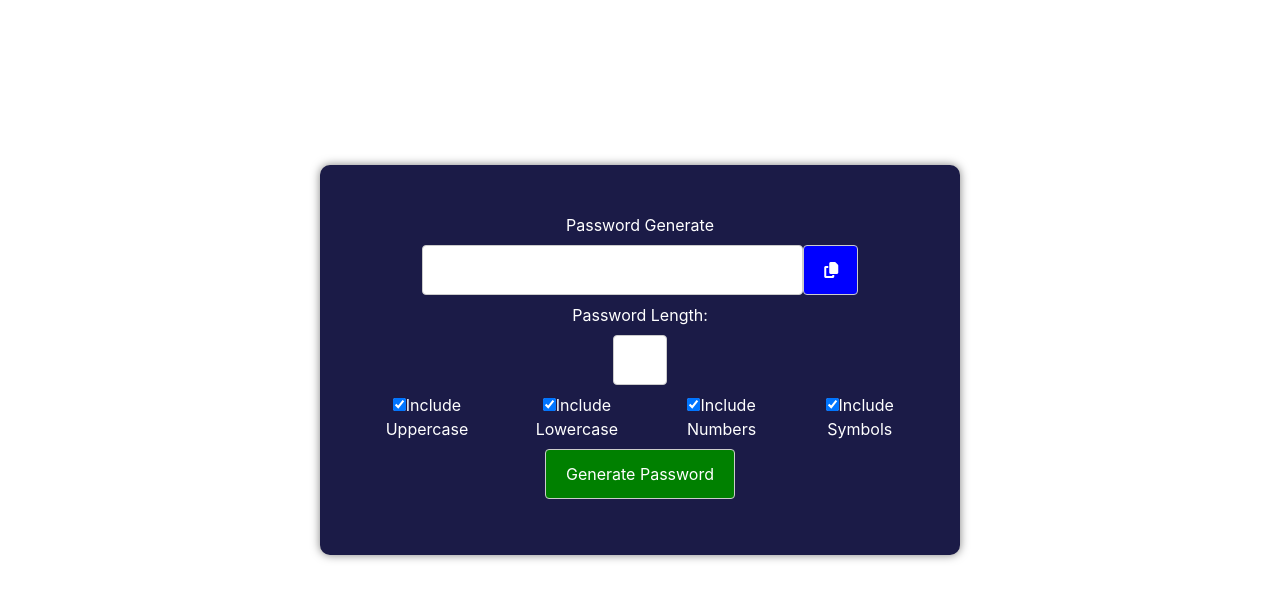
Repository: sriram1224/Password-generator
Page: / (app in password-generator/)
These files come from the project's save history. The page is drawn as it stood at one moment and after the next save; the edit follows.
The browser window is 1280 px wide. The pictures show the whole page.
Some web libraries are served in a nearby version. The project was rebuilt for these pictures with package versions that can differ from the ones it lists, and the page was loaded fresh each time.

Above is the page before, as saved 2024-03-10 21:56:47.

### password-generator/public/index.html
<!DOCTYPE html>
<html lang="en">

<head>
  <meta charset="utf-8" />
  <link rel="icon" href="%PUBLIC_URL%/favicon.ico" />
  <meta name="viewport" content="width=device-width, initial-scale=1" />
  <meta name="theme-color" content="#000000" />
  <meta name="description" content="Web site created using create-react-app" />

  <link rel="apple-touch-icon" href="%PUBLIC_URL%/logo192.png" />
  <link rel="stylesheet" href="https://cdnjs.cloudflare.com/ajax/libs/font-awesome/6.5.1/css/all.min.css"
    integrity="sha512-DTOQO9RWCH3ppGqcWaEA1BIZOC6xxalwEsw9c2QQeAIftl+Vegovlnee1c9QX4TctnWMn13TZye+giMm8e2LwA=="
    crossorigin="anonymous" referrerpolicy="no-referrer" />
  <link rel="manifest" href="%PUBLIC_URL%/manifest.json" />

  <title>React App</title>
</head>

<body>
  <noscript>You need to enable JavaScript to run this app.</noscript>
  <div id="root"></div>
  <script src="https://cdn.tailwindcss.com"></script>
</body>

</html>

### password-generator/src/App.js
import PasswordGenerator from './Components/content.js';
import './App.css';

function App() {
  return (
    <div className="App">
       <PasswordGenerator />

    </div>
  );
}

export default App;

### password-generator/src/Components/content.js
import React, { useState } from 'react';
import "./content.css"
const PasswordGenerator = () => {
  const [includeUppercase, setIncludeUppercase] = useState(true);

    const [includeLowercase, setIncludeLowercase] = useState(true);
  const [includeNumbers, setIncludeNumbers] = useState(true);

    const [includeSymbols, setIncludeSymbols] = useState(true);
  const [password, setPassword] = useState('');
  const [passwordLength, setPasswordLength] = useState(8);

  const generatePassword = () => {


      const uppercaseChars = 'ABCDEFGHIJKLMNOPQRSTUVWXYZ';
    const lowercaseChars = 'abcdefghijklmnopqrstuvwxyz';
    const numberChars = '0123456789';

      const symbolChars = '!@#$%^&*()_+-=[]{}|;:,.<>?';

    let chars = '';
    if (includeUppercase) chars += uppercaseChars;

      if (includeLowercase) chars += lowercaseChars;
    if (includeNumbers) chars += numberChars;

      if (includeSymbols) chars += symbolChars;

    let generatedPassword = '';

      for (let i = 0; i < passwordLength; i++) {
      const randomIndex = Math.floor(Math.random() * chars.length);
      generatedPassword += chars[randomIndex];
    }

      setPassword(generatedPassword);
  };

  const copyToClipboard = () => {
    navigator.clipboard.writeText(password);
  };

  return (
    <div class="main">

      <h1>Password Generate</h1>
      <div>
        <input type="text" readOnly value={password} class="text-input"	 />
        <button onClick={copyToClipboard} class="copy"><i class="fa-solid fa-copy"></i></button>
          </div>
          <div>
        <label>
                  Password Length:
                  <br></br>
          <input type="number" value={passwordLength} class="input-numbers" onChange={(e) => setPasswordLength(parseInt(e.target.value))} />
        </label>
          </div>
          <div class="checkboxed">
               <div>
        <label>
          <input type="checkbox" checked={includeUppercase} onChange={() => setIncludeUppercase(!includeUppercase)} />
          Include Uppercase
        </label>
      </div>
      <div>
        <label>
          <input type="checkbox" checked={includeLowercase} onChange={() => setIncludeLowercase(!includeLowercase)} />
          Include Lowercase
        </label>
      </div>
      <div>
        <label>
          <input type="checkbox" checked={includeNumbers} onChange={() => setIncludeNumbers(!includeNumbers)} />
          Include Numbers
        </label>
      </div>
      <div>
        <label>
          <input type="checkbox" checked={includeSymbols} onChange={() => setIncludeSymbols(!includeSymbols)} />
          Include Symbols
        </label>
              </div>
            </div>

          <button onClick={generatePassword} class="generate">Generate Password</button>
    </div>
  );
};

export default PasswordGenerator;

### password-generator/src/Components/content.css
.text-input{
    width: 70%;
    padding: 12px 20px;
    margin: 8px 0;
    display: inline-block;
    border: 1px solid #ccc;
    border-radius: 4px;
    box-sizing: border-box;
}
.copy{
    width: 10%;
    padding: 12px 20px;
    margin: 8px 0;
    display: inline-block;
    border: 1px solid #ccc;
    border-radius: 4px;
    box-sizing: border-box;
    background-color: blue;
    color: white;
}
.checkboxed{
    display: flex;
    gap: 2rem;
}
.generate{

    padding: 12px 20px;
    margin: 8px 0;
    display: inline-block;
    border: 1px solid #ccc;
    border-radius: 4px;
    box-sizing: border-box;
    background-color: green;
    color: white;
}
.input-numbers{
    width: 10%;
    padding: 12px 5px;
    margin: 8px 0;
    display: inline-block;
    border: 1px solid #ccc;
    border-radius: 4px;
    box-sizing: border-box;
}
@media screen and (max-width: 1100px) {


    .generate,
    .input-numbers {
        width: 100%;
    }

    .checkboxed {
        flex-direction: column;
        gap: 1rem;
    }
}
.main {
    padding: 3rem;
    border-radius:10px;
    background-color:rgb(27, 27, 71);
    color:white;
    box-shadow: 0px 0px 10px rgba(0, 0, 0, 0.5);
    /* Adjust as needed */
    position: absolute;
    top: 50%;
    left: 50%;
    transform: translate(-50%, -50%);
    /* Add width and height if necessary */
}
.main h1{

}

Loaded but not shown: password-generator/src/index.js (common file); password-generator/src/index.css (common file); password-generator/src/reportWebVitals.js (common file); password-generator/src/App.css (common file)

After the next save:
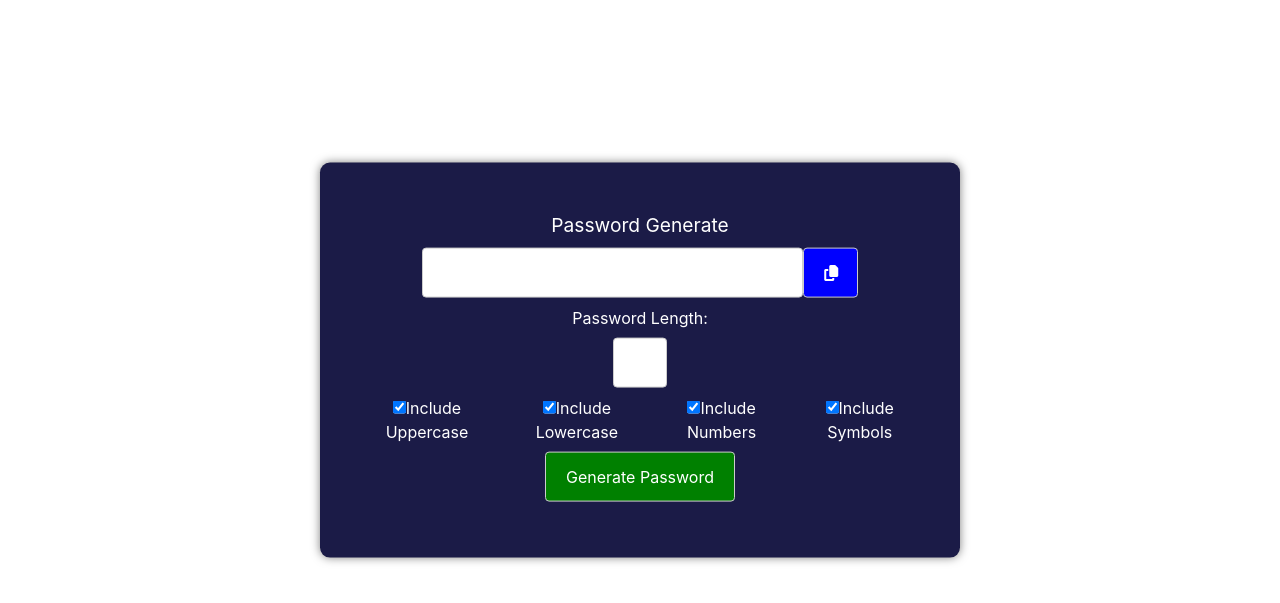
Saved 11 s later.
--- a/password-generator/src/Components/content.css
+++ b/password-generator/src/Components/content.css
@@ -69,5 +69,5 @@
     /* Add width and height if necessary */
 }
 .main h1{
-
+    font-size: larger;
 }
